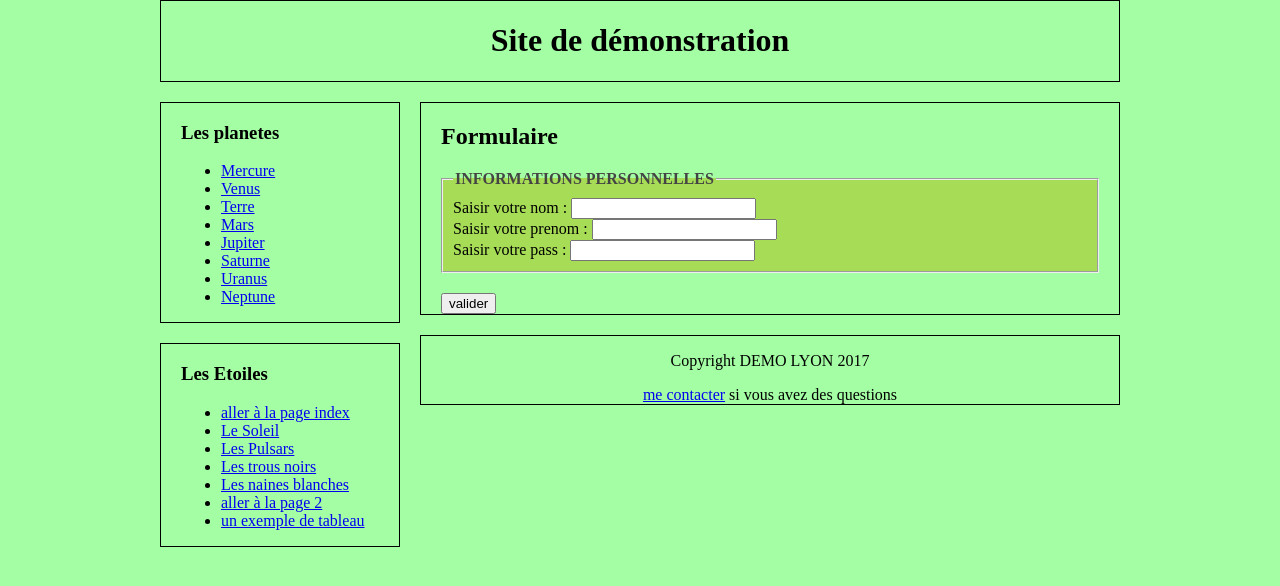
Repository: serviceshuios/-git-reference-java-lyon-worspace
Page: workspaceWeb/ModelePage1/WebContent/formulaire.html
An editor plug-in stored every save of this project. The page is shown before and after the next save, followed by the edit.
The browser window is 1280 px wide. The pictures show the whole page.

Above is the page before, as saved 2017-04-04 14:43:17.

After the next save:
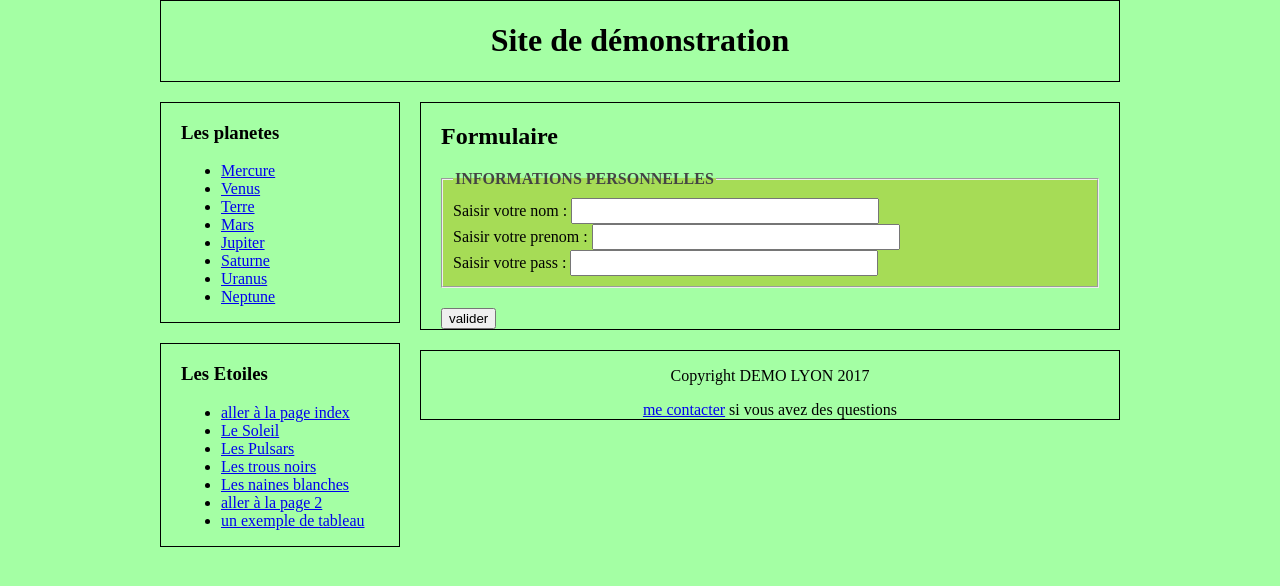
Saved 2 min 2 s later.
--- a/workspaceWeb/ModelePage1/WebContent/css/style.css
+++ b/workspaceWeb/ModelePage1/WebContent/css/style.css
@@ -18,6 +18,10 @@ legend{
 	text-transform: uppercase;
 	font-size!18px;
 	color:#444;
+}
+#section-1 input {
+	width: 300px;
+	height: 20px;
 }
 @media screen and (max-width:680px) {
 	body {
